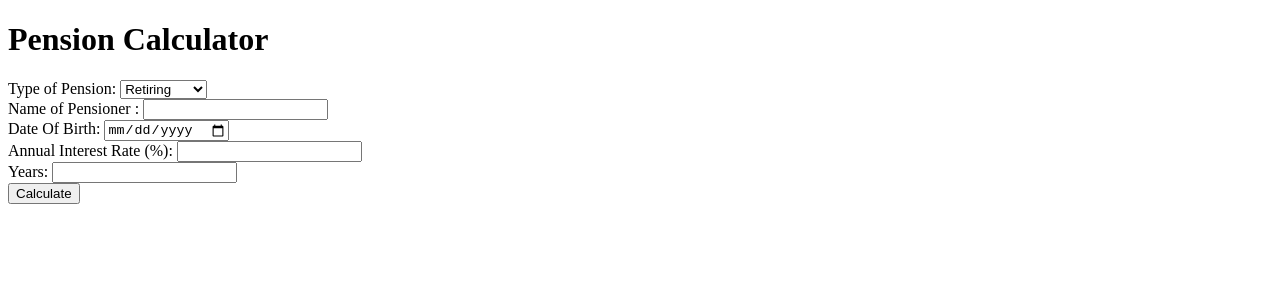
Repository: AQSA-ABDULLAH/RetirementManagmentSystem
Page: RetimentManagmentSystem/src/main/webapp/PensionCalculator.html
The author's editor kept a copy of each file at every save. The page is drawn from the files as they stood at one save, then again after the next save.
The browser window is 1280 px wide. The pictures show the whole page.

Above is the page before, as saved 2023-08-13 17:46:29.

### RetimentManagmentSystem/src/main/webapp/PensionCalculator.html
<!DOCTYPE html>
<html>
<head>
<meta charset="ISO-8859-1">
<title>Pension Calculator</title>
<script>
  function calculatePension() {
    var initialAmount = parseFloat(document.getElementById('initialAmount').value);
    var annualContribution = parseFloat(document.getElementById('annualContribution').value);
    var interestRate = parseFloat(document.getElementById('interestRate').value) / 100;
    var years = parseInt(document.getElementById('years').value);

    var totalAmount = initialAmount;
    for (var i = 1; i <= years; i++) {
      totalAmount += annualContribution;
      totalAmount *= (1 + interestRate);
    }

    document.getElementById('result').innerHTML = 'Your pension after ' + years + ' years will be: $' + totalAmount.toFixed(2);
  }
</script>
</head>
<body>
  <h1>Pension Calculator</h1>
  <form method="post" action="myservlet">

	<label for="type">Type of Pension:</label>
	<select id="fruits" name="fruits">
		<option value="apple">Retiring</option>
		<option value="banana">Banana</option>
        <option value="orange">Orange</option>
        <option value="grape">Grape</option>
        <option value="strawberry">Strawberry</option>
      </select><br>

    <label for="name">Name of Pensioner :</label>
    <input type="text" id="name" required><br>

    <label for="Date">Date Of Birth:</label>
    <input type="date" id="Date" required><br>

    <label for="interestRate">Annual Interest Rate (%):</label>
    <input type="number" id="interestRate" step="any" required><br>

    <label for="years">Years:</label>
    <input type="number" id="years" step="1" required><br>

    <button type="button" onclick="calculatePension()">Calculate</button>
  </form>

  <p id="result"></p>
</body>
</html>

After the next save:
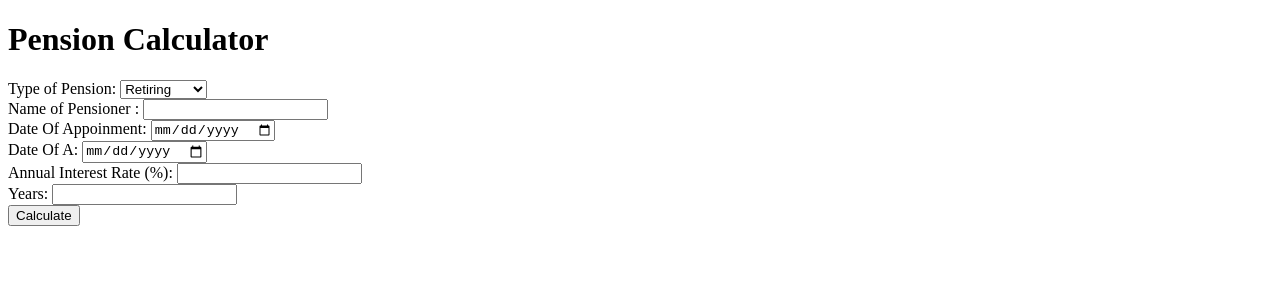
Saved 46 s later.
--- a/RetimentManagmentSystem/src/main/webapp/PensionCalculator.html
+++ b/RetimentManagmentSystem/src/main/webapp/PensionCalculator.html
@@ -36,7 +36,10 @@
     <label for="name">Name of Pensioner :</label>
     <input type="text" id="name" required><br>
 
-    <label for="Date">Date Of Birth:</label>
+    <label for="Date">Date Of Appoinment:</label>
+    <input type="date" id="Date" required><br>
+
+    <label for="Date">Date Of A:</label>
     <input type="date" id="Date" required><br>
 
     <label for="interestRate">Annual Interest Rate (%):</label>
